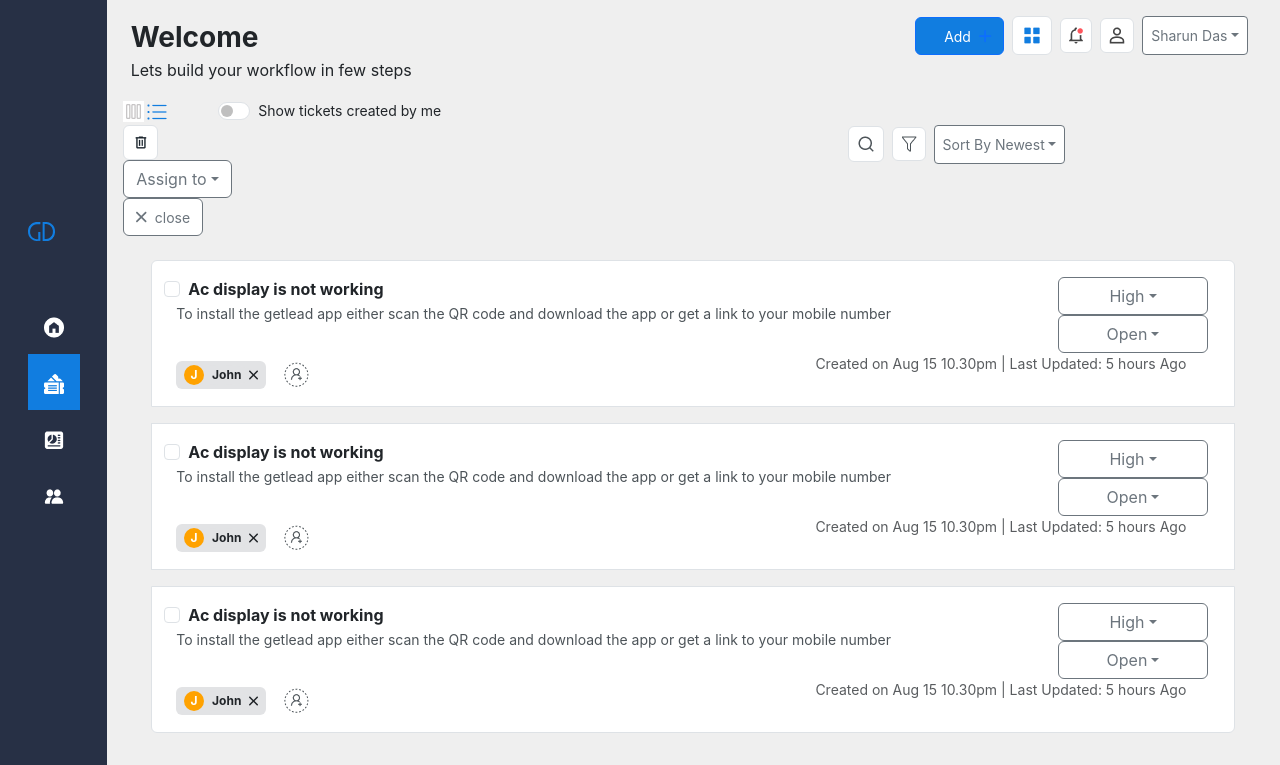
Repository: rishikarajeev/GL_HelpDesk
Page: /
The author's editor kept a copy of each file at every save. The page is drawn from the files as they stood at one save, then again after a run of saves.
The browser window is 1280 px wide. The pictures show the whole page.
The project was rebuilt for these pictures with package versions that can differ from the ones it lists, and the page was loaded fresh each time. Also part of the build but not shown: src/App.css, src/Pages/HomePage.jsx.

Above is the page before, as saved 2024-01-11 15:41:02.

After the next 2 saves:
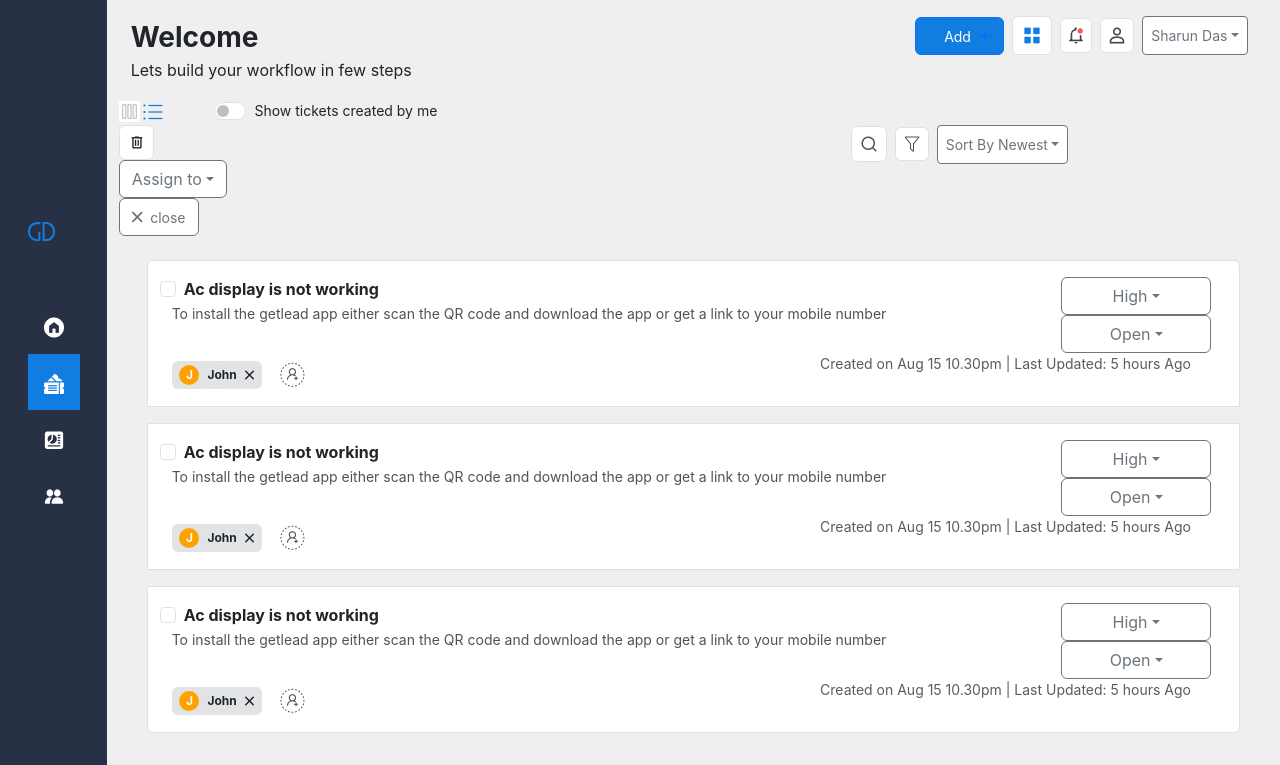
The 2 saves are shown as one change because they came seconds apart.
The last was saved 14 s later.
--- a/src/Pages/ViewTickets.jsx
+++ b/src/Pages/ViewTickets.jsx
@@ -21,7 +21,7 @@
 
 function ViewTickets() {
   return (
-    <Container>
+    <Container fluid>
      <Row className="mt-3 mb-2 ">
   <Col className="col-1 p-0">
     <img src={column_icon} alt="Local Icon" />

After the 2 saves that followed:
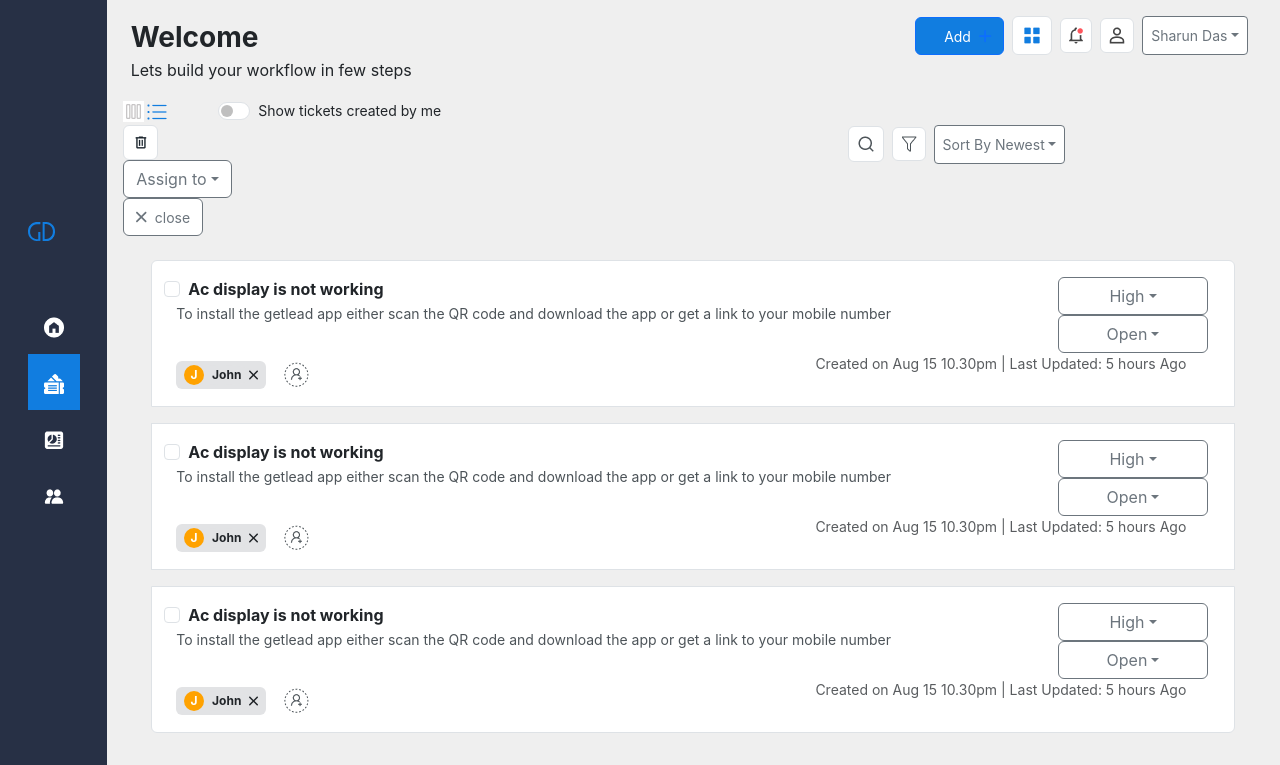
The 2 saves are shown as one change because 1 left the picture as it was.
The last was saved 25 s later.
--- a/src/Pages/ViewTickets.jsx
+++ b/src/Pages/ViewTickets.jsx
@@ -21,13 +21,13 @@
 
 function ViewTickets() {
   return (
-    <Container fluid>
+    <Container >
      <Row className="mt-3 mb-2 ">
   <Col className="col-1 p-0">
     <img src={column_icon} alt="Local Icon" />
     <img src={list_icon} />
   </Col>
-  <Col className=" col-6 d-none d-lg-block p-0 justify-content-evenly">
+  <Col className=" col-6 d-none d-lg-block p-0 ">
     <div className="form-check form-switch align-items-start">
       <label className="form-check-label small p" htmlFor="flexSwitchCheckDefault">
         Show tickets created by me
